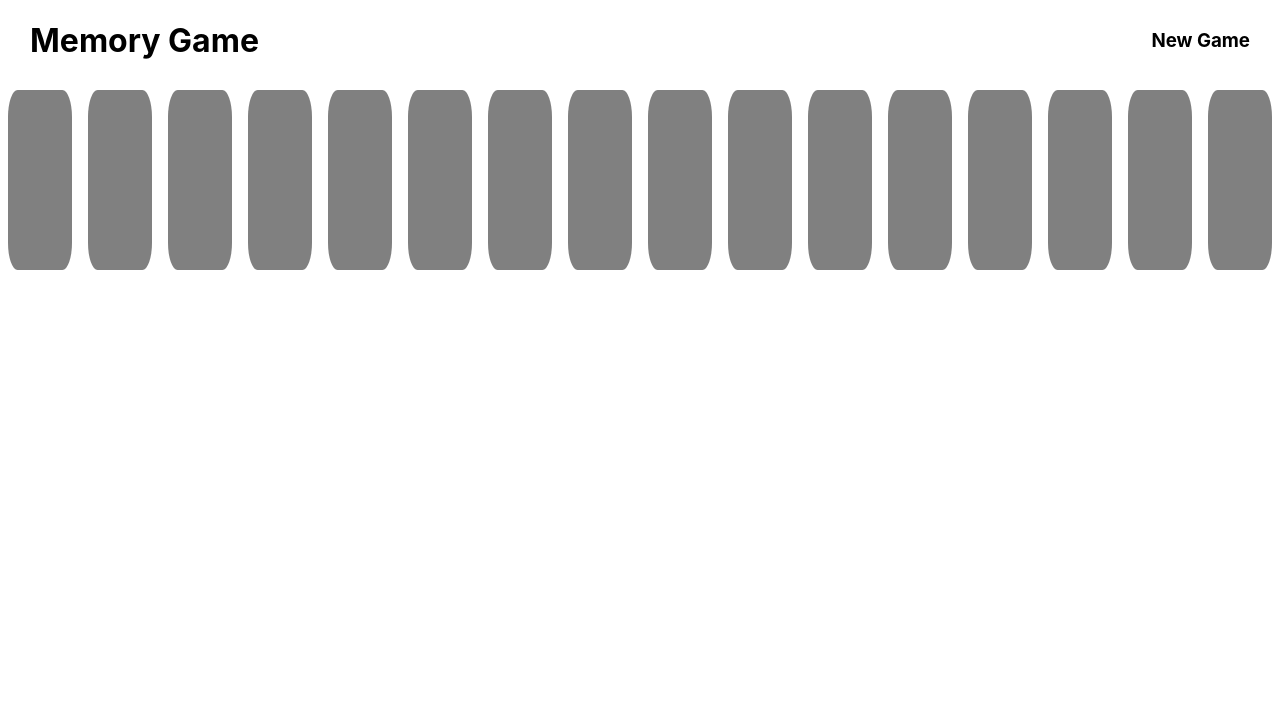
Repository: sokafootball/memory_game
Page: /
An editor plug-in stored every save of this project. The page is shown before and after the next save, followed by the edit.
The browser window is 1280 px wide. The pictures show the whole page.
The project was rebuilt for these pictures with package versions that can differ from the ones it lists, and the page was loaded fresh each time.

Above is the page before, as saved 2019-01-21 12:42:37.

### src/App.js
import React, { Component } from 'react';
import './App.css';
import {Game} from './Game'
import {Navbar} from './Navbar'

class App extends Component {
  constructor(props) {
    super(props)
    this.state = {
      cards: [
        {id: 0, color: 'red', status: 'hidden'},
        {id: 1, color: 'red', status: 'hidden'},
        {id: 2, color: 'blue', status: 'hidden'},
        {id: 3, color: 'blue', status: 'hidden'},
        {id: 4, color: 'yellow', status: 'hidden'},
        {id: 5, color: 'yellow', status: 'hidden'},
        {id: 6, color: 'black', status: 'hidden'},
        {id: 7, color: 'black', status: 'hidden'},
        {id: 8, color: 'pink', status: 'hidden'},
        {id: 9, color: 'pink', status: 'hidden'},
        {id: 10, color: 'green', status: 'hidden'},
        {id: 11, color: 'green', status: 'hidden'},
        {id: 12, color: 'orange', status: 'hidden'},
        {id: 13, color: 'orange', status: 'hidden'},
        {id: 14, color: 'purple', status: 'hidden'},
        {id: 15, color: 'purple', status: 'hidden'}
      ],
      showingCards: 0
    }
    this.handleCardClick = this.handleCardClick.bind(this)
    this.newGame = this.newGame.bind(this)
    setTimeout(this.shuffleCards, 50)
  }

  countShowingCards = () => {
    console.log('countShowingCards called')
    let showingCards = 0
    this.state.cards.forEach(card => {if(card.status === 'showing')showingCards++})
    this.setState({showingCards}, () => {
      console.log(this.state.showingCards)
      if(this.state.showingCards === 2){
        this.compareCards()
      }
    })
  }

  showCard = (clickedCard, id) => {
    console.log('showCard called')
    if(clickedCard.status === 'hidden' && this.state.showingCards < 2){
      clickedCard.status = 'showing'
      let newCards = this.state.cards.slice()
      newCards = newCards.map(card => (card.id === id ? clickedCard : card))
      this.setState({cards: newCards}, this.countShowingCards)
      }
    }

  handleCardClick = (id) => {
    console.log('button clicked')
    const clickedCard = this.state.cards.filter((card) => card.id === id)[0]
    this.showCard(clickedCard, id)
  }

  compareCards = () => {
    console.log('compareCards called')
    let comparedCards = this.state.cards.filter((card) => card.status === 'showing')
    const isMatch = comparedCards[0].color === comparedCards[1].color
    setTimeout(() => {
      comparedCards.forEach(card => {isMatch ? card.status = 'matched' : card.status = 'hidden'})
      let newCards = this.state.cards.slice()
      newCards = newCards.map(newCard => {
        if(comparedCards.some(card => card.id === newCard.id)){
          isMatch ? newCard.status = 'matched' : newCard.status = 'hidden'
        }
        return newCard
      })
      this.setState({newCards, showingCards:0})
    }, 1000)
  }

  shuffleCards = () => {
    console.log('ShuffleCards called')
    let myCards = this.state.cards.slice()
    for (let i = myCards.length - 1; i > 0; i--) {
        const j = Math.floor(Math.random() * (i + 1));
        [myCards[i], myCards[j]] = [myCards[j], myCards[i]];
    }
    this.setState({cards: myCards}, console.log(this.state.cards))
  }

  newGame = () => {
    //shuffle cards
    setTimeout(this.shuffleCards, 50)    //set all cards to hidden and showing cards to 0
    let myCards = this.state.cards.slice()
    myCards.forEach(card => card.status = 'hidden')
    this.setState({cards: myCards, showingCards: 0})
  }

  render() {
    return (
      <div className="App">
        <Navbar
        newGame={this.newGame}
        />
        <Game
        cards={this.state.cards}
        handleCardClick={this.handleCardClick}
        />
      </div>
    );
  }
}

export default App;

### src/Game.js
import React from 'react'
import {Card} from './Card'
import './Game.css'
import PropTypes from 'prop-types'

const Game = (props) => {
  const myCards = props.cards.map((c, index) => {
    return <Card {...c} key={index} handleCardClick = {props.handleCardClick}/>
  })
    return (
      <div className="cardsDiv">
        {myCards}
      </div>
    )
}

Game.defaultProps = {
  handleCardClick: () => {console.log('handleCardClick function not provided')},
  cards: () => [
    {id: 0, color: 'black', status: 'showing'},
    {id: 1, color: 'black', status: 'showing'},
    {id: 2, color: 'black', status: 'showing'},
    {id: 3, color: 'black', status: 'showing'},
    {id: 4, color: 'black', status: 'showing'},
    {id: 5, color: 'black', status: 'showing'},
    {id: 6, color: 'black', status: 'showing'},
    {id: 7, color: 'black', status: 'showing'},
    {id: 8, color: 'black', status: 'showing'},
    {id: 9, color: 'black', status: 'showing'},
    {id: 10, color: 'black', status: 'showing'},
    {id: 11, color: 'black', status: 'showing'},
    {id: 12, color: 'black', status: 'showing'},
    {id: 13, color: 'black', status: 'showing'},
    {id: 14, color: 'black', status: 'showing'},
    {id: 15, color: 'black', status: 'showing'}
  ]
}

Game.propTypes = {
  handleCardClick: PropTypes.func.isRequired,
  cards: PropTypes.arrayOf(PropTypes.object).isRequired
}

export {Game}

### src/Navbar.js
import React from 'react'
import './Navbar.css'
import PropTypes from 'prop-types'

const Navbar = (props) => {
    return (
      <div className='mainBar'>
        <h1>Memory Game</h1>
        <h3 onClick={props.newGame}>New Game</h3>
      </div>
    )
}

Navbar.defaultProps = {
  newGame: () => {console.log('from Navbar: newGame function not provided')}
}

Navbar.propTypes = {
  newGame: PropTypes.func.isRequired
}

export {Navbar}

### src/Card.js
import React from 'react'
import PropTypes from 'prop-types'
import './Card.css'

const Card = (props) => {

if(props.status !== 'hidden'){
  var style = {
    backgroundColor: props.color
  }
}

  return (
    <div className="card" style={style}></div>
  )
}

Card.defaultProps = {
  color: 'grey'
}

Card.propTypes = {
  color: PropTypes.string
}

export {Card}

### src/Game.css
.cardsDiv {
  display: flex;
}

### src/Navbar.css
h3 {
  cursor: pointer;
}

.mainBar {
  margin: 0px 30px;
  display: flex;
  justify-content: space-between;
  align-items: center;
}

### src/Card.css
.card {
  margin: 8px;
  width: 180px;
  height: 180px;
  display: inline-block;
  background: grey;
  border-radius: 15%;
  transition: background 1s;
}

Loaded but not shown: public/index.html (common file); src/index.js (common file); src/index.css (common file); src/serviceWorker.js (common file); src/App.css (common file)

After the next save:
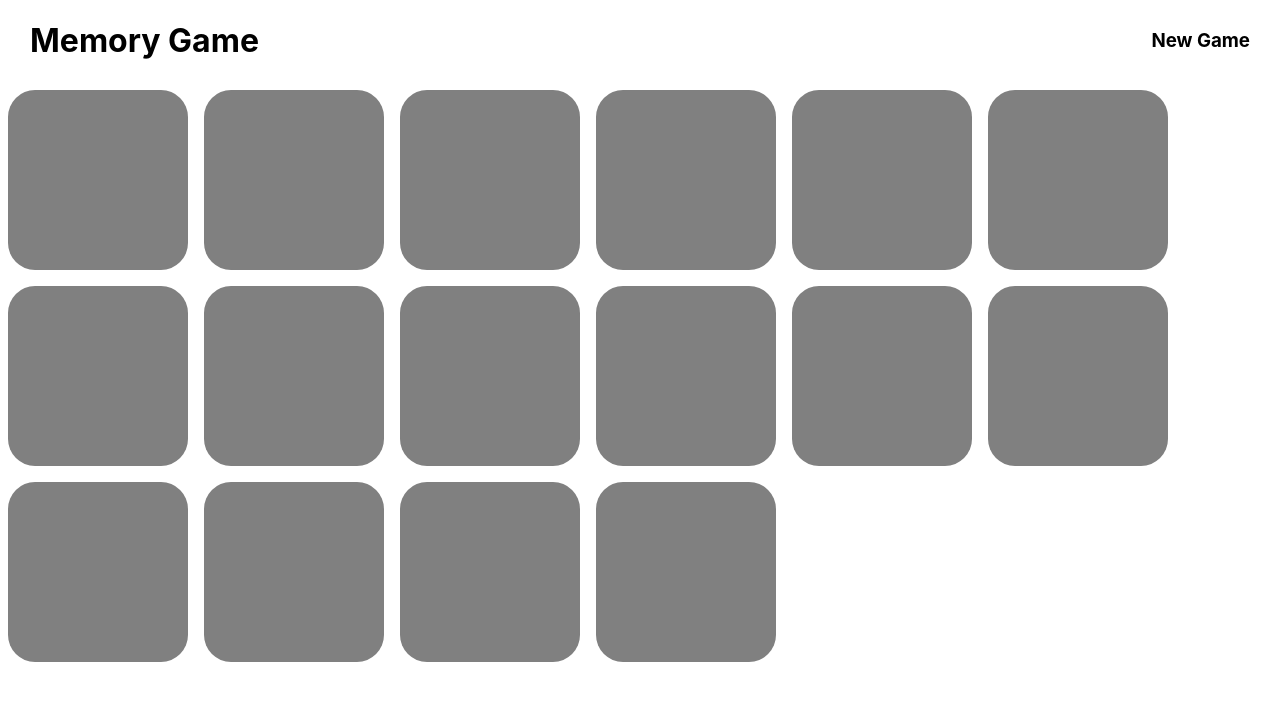
Saved 109 s later.
--- a/src/Game.css
+++ b/src/Game.css
@@ -1,3 +1,4 @@
 .cardsDiv {
   display: flex;
+  flex-wrap: wrap;
 }
